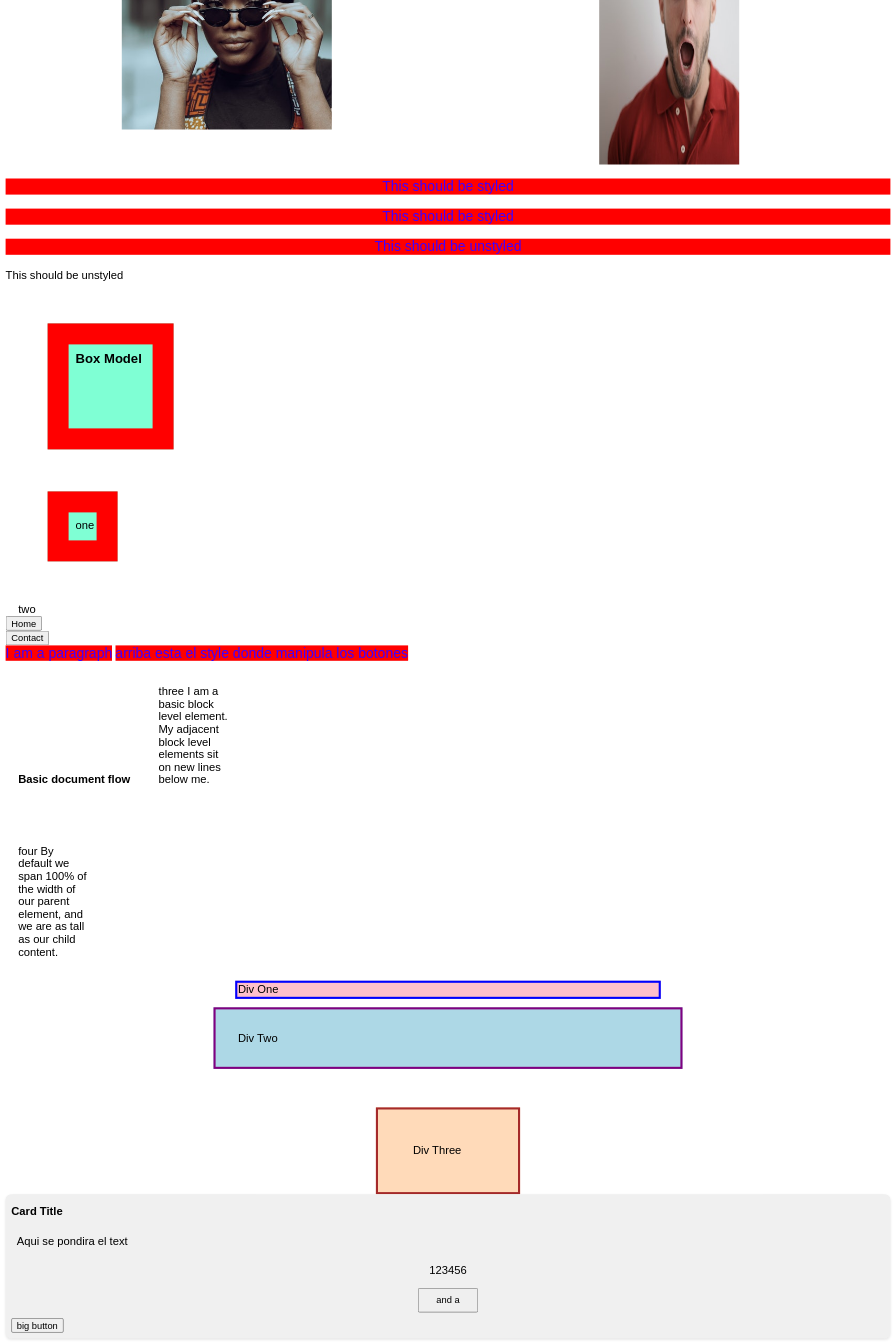
Repository: HeliosAI9/First-test-website
Page: mywebsite/html-boilerplate/pagetwo.html
An editor plug-in stored every save of this project. The page is shown before and after the next save, followed by the edit.
The browser window is 1280 px wide. The pictures show the part of the page from y = 1220 to 3140 px (the page is 3140 px tall before and 3119 px after), at 70% of full size.

Above is the page before, as saved 2023-05-31 10:17:52.
Not found: mywebsite/html-boilerplate/script.js

After the next save:
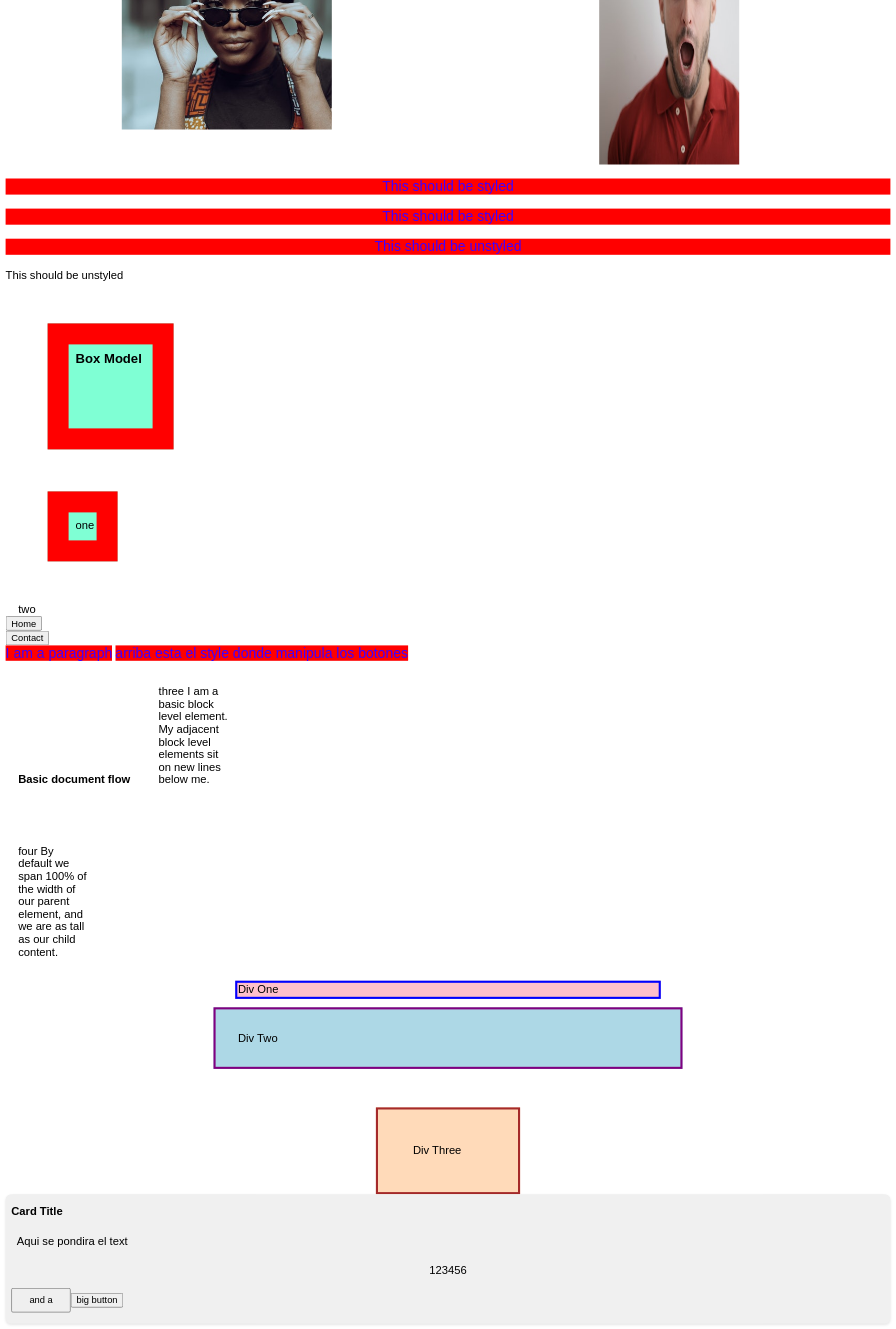
Saved 84 s later.
--- a/mywebsite/html-boilerplate/css/style.css
+++ b/mywebsite/html-boilerplate/css/style.css
@@ -179,7 +179,7 @@
   }
 
   .big-button {
-    display: block;
+    display: block center;
     margin: 8px auto;
     padding: 8px 24px;
   }

After the save that followed:
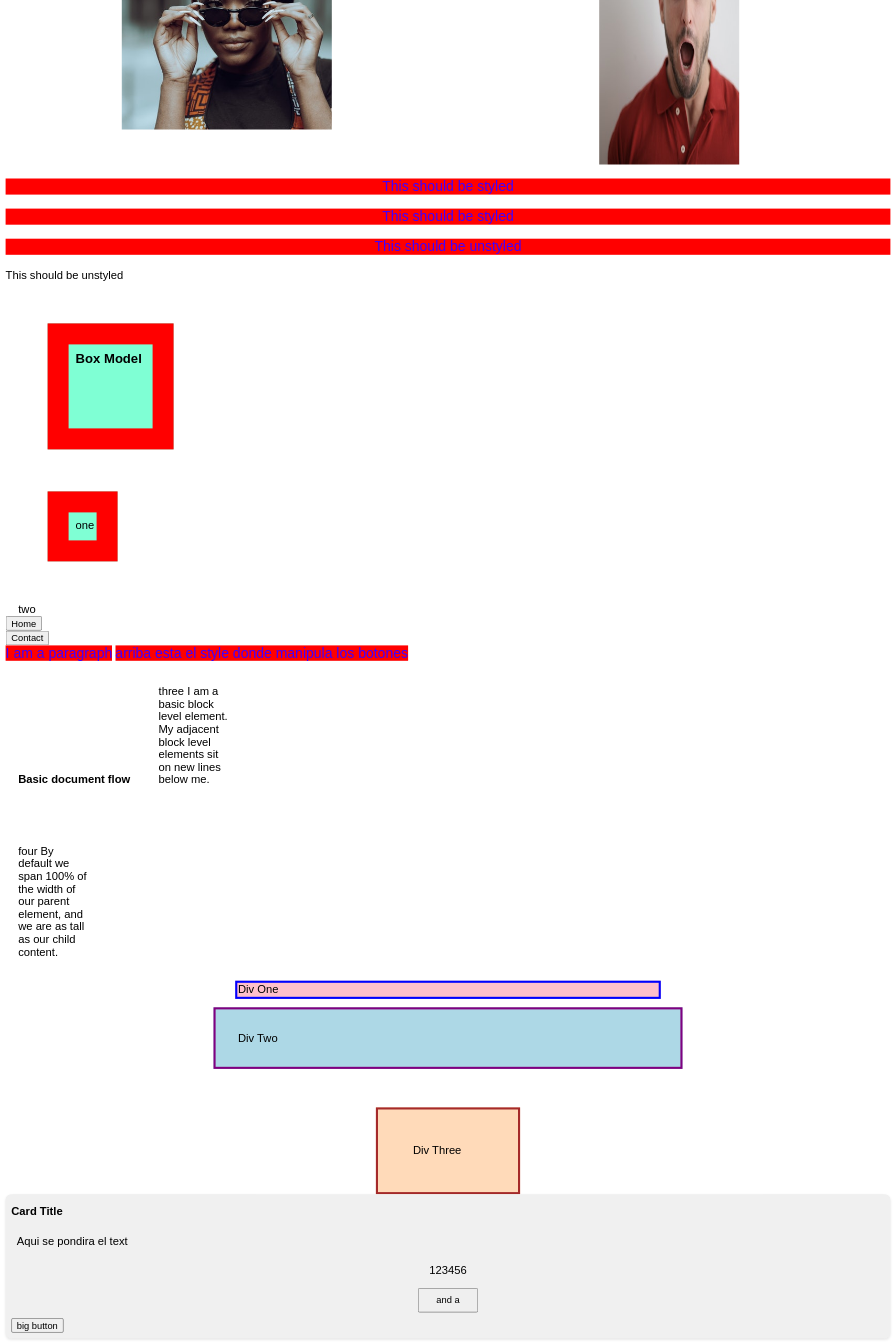
Saved 46 s later.
--- a/mywebsite/html-boilerplate/css/style.css
+++ b/mywebsite/html-boilerplate/css/style.css
@@ -179,7 +179,7 @@
   }
 
   .big-button {
-    display: block center;
+    display: flex;
     margin: 8px auto;
     padding: 8px 24px;
   }
